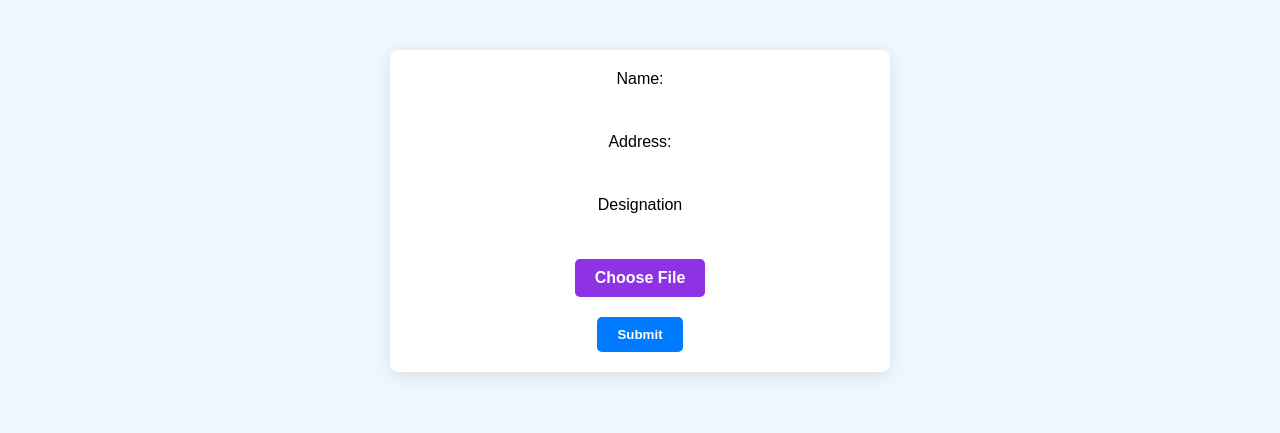
Repository: Muskan1Kumari4draw/React-app-with-concept
Page: /
An editor plug-in stored every save of this project. The page is shown before and after the next save, followed by the edit.
The browser window is 1280 px wide. The pictures show the whole page.
The project was rebuilt for these pictures with package versions that can differ from the ones it lists, and the page was loaded fresh each time.

Above is the page before, as saved 2024-10-22 11:46:43.

After the next save:
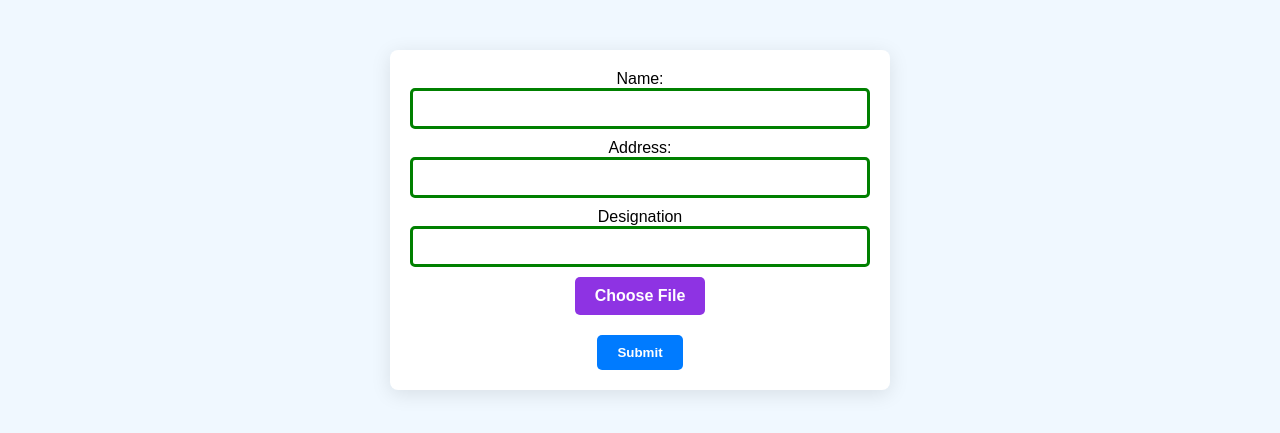
Saved 26 s later.
--- a/src/component/File-upload/style.css
+++ b/src/component/File-upload/style.css
@@ -65,6 +65,7 @@ button:hover {
   width: 100%;
   padding: 10px;
   border: none;
+  border: 3px solid green;
   border-radius: 5px;
   margin-bottom: 10px;
 }
